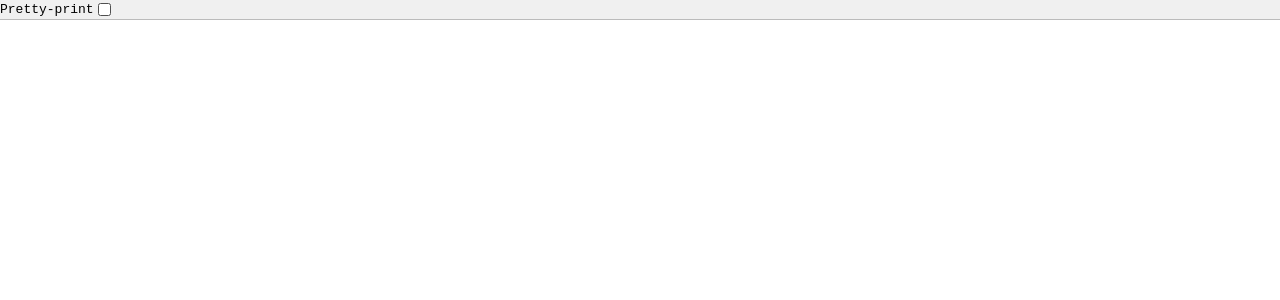
Repository: mitantsoa1/CRUD-note
Page: http://localhost/Controls/ajax.php
The author's editor kept a copy of each file at every save. The page is drawn from the files as they stood at one save, then again after the next save.
The browser window is 1280 px wide. The pictures show the whole page.
The page is run by PHP 8.4 with error messages shown; the project is at /var/www/html/.

Above is the page before, as saved 2021-02-12 14:19:10.

### Controls/ajax.php
<?php
    include("../Models/Database.class.php");
    header('Content-type: application/json');
    $db = new Database();

    if(isset($_POST['data'])){
        $tab = $db->select("etudiant")
                ->execute();
        echo json_encode($tab);
    }

    if(isset($_POST['nom'])){
        $nom = htmlspecialchars(trim($_POST['nom']));
        $prenom = htmlspecialchars(trim($_POST['prenom']));
        $dtn = htmlspecialchars(trim($_POST['date_naissance']));
        $sexe = $_POST['sexe'];

        $db->insert("etudiant")
            ->parametters(["nom","prenom","date_de_naissance","sexe"])
            ->execute([$nom,$prenom,$dtn,$sexe]);
        echo json_encode("ok");
    }

    if(isset($_POST['id_effacer'])){
        $db->delete("etudiant")
            ->where("id","=")
            ->execute([$_POST['id_effacer']]);
        echo json_encode("effacer");
    }

    if(isset($_POST['id_modifier'])){
        $tab=$db->select("etudiant")
            ->where("id","=")
            ->execute([$_POST['id_modifier']]);
        echo json_encode($tab);
    }
    if(isset($_POST['nom_modif'])){
        $nom = htmlspecialchars(trim($_POST['nom_modif']));
        $prenom = htmlspecialchars(trim($_POST['prenom']));
        $dtn = htmlspecialchars(trim($_POST['date_naissance']));
        $sexe = $_POST['sexe'];
        $id = htmlspecialchars(trim($_POST["id"]));

        $db->update("etudiant")
            ->parametters(["nom","prenom","date_de_naissance","sexe"])
            ->where("id","=")
            ->execute([$nom,$prenom,$dtn,$sexe,$id]);
        echo json_encode("ok");
    }

    if(isset($_POST['etudiant'])){
        $tab=$db->select("etudiant")
                ->where("id","=")
                ->execute([$_POST['etudiant']]);
        echo json_encode($tab);
    }

    if(isset($_POST["affiche_matiere"])){
        $tab=$db->select("matiere")
                ->execute(null);
        echo json_encode($tab);
    }

    if(isset($_POST["nom_matiere"])){
        $matiere = htmlspecialchars(trim($_POST["nom_matiere"]));
        $tab=$db->select("matiere")
                ->where("nom_matiere","=")
                ->execute([$matiere]);

                if(count($tab)>0){
                    echo json_encode("non");
                }else{
                    $db->insert("matiere")
                        ->parametters(["nom_matiere"])
                        ->execute([$matiere]);
                        //APINA ALTER TABLE
                    echo json_encode("ok");
                }
    }

    if(isset($_POST['id_mat_effacer'])){
        $db->delete("matiere")
            ->where("id_matiere","=")
            ->execute([$_POST['id_mat_effacer']]);
        echo json_encode("effacer");
    }

    if(isset($_POST['id_mat_modifier'])){
        $tab=$db->select("matiere")
            ->where("id_matiere","=")
            ->execute([$_POST['id_mat_modifier']]);
        echo json_encode($tab);
    }
    if(isset($_POST['nom_mat_modif'])){
        $matiere = htmlspecialchars(trim($_POST['nom_mat_modif']));
        $id = htmlspecialchars(trim($_POST["id"]));

        $db->update("matiere")
            ->parametters(["nom_matiere"])
            ->where("id_matiere","=")
            ->execute([$matiere,$id]);
        echo json_encode("ok");
    }

    if(isset($_POST['affiche_note'])){
        $tab = $db->select("matiere")
                    ->execute(null);

        echo json_encode($tab);

    }

    if(isset($_POST['id_etudiant'])){
        $tab = $db->select("note")
                    ->innerD("etudiant","id_etudiant","id")
                    ->et("note.id_etudiant","=")
                    ->execute([$_POST['id_etudiant']]);

                    echo json_encode($tab);
    }

    if(isset($_POST['tosend'])){
        $fr=htmlspecialchars(trim($_POST['français'])) ;
        $en =htmlspecialchars(trim($_POST['english']));
        $maths =htmlspecialchars(trim( $_POST['mathematiques'])) ;
        $mal =htmlspecialchars(trim($_POST['Malagasy'])) ;

        $db->insert("note")
           ->parametters(["id_etudiant","francais","english","mathematiques","Malagasy"])
           ->execute([6,$fr,$en,$maths,$mal]);
    }

    if(isset($_POST['id_et'])){
        $fr=htmlspecialchars(trim($_POST['fr'])) ;
        $ang =htmlspecialchars(trim($_POST['ang']));
        $maths =htmlspecialchars(trim( $_POST['maths'])) ;
        $mal =htmlspecialchars(trim($_POST['mal'])) ;
        $id_et = $_POST['id_et'];

        $tab =$db->select("note")
                ->where("id","=")
                    ->execute([$id_et]);
            if(count($tab)>0){
                echo json_encode("erreur");
            }else{
                $db->insert("note")
                    ->parametters(["id","francais","anglais","mathematiques","Malagasy"])
                    ->execute([$id_et,$fr,$ang,$maths,$mal]);
                    echo json_encode("ok");
            }

    }

    if(isset($_POST['AllNote2'])){
        $table = $db->select("etudiant")
                    ->inner("note","id")
                    ->execute(null);
        echo json_encode($table);
    }

?>

### Models/Database.class.php
<?php
class Database{
	private $query,$nombreParam, $lastTable;
	private static $conn,$host,$base,$user,$pass,$port ;
		// bd = new PDO("mysql:host=localhost;dbname=nom","user","pass")
		// initialisation
	public static function init($hote,$base,$port,$user,$pass) {
		self::$host=htmlspecialchars(trim($hote)) ;
		self::$base=htmlspecialchars(trim($base)) ;
		self::$user=htmlspecialchars(trim($user)) ;
		self::$pass=htmlspecialchars(trim($pass)) ;

	}
	public static function db() {
		$options = array(PDO::MYSQL_ATTR_INIT_COMMAND => 'SET NAMES utf8',
);


		$url ="mysql:host=".self::$host.";port=".self::$port.";dbname=".self::$base;
		if(!isset(self::$conn)) {
			self::$conn = new PDO($url,self::$user,self::$pass,$options);
		}
		return self::$conn ;

	}
		// execution du requete
	public function execute($value=null) {

			// tester s'il y des trous dans les requetes
			// si c'est une requete de selection
		if (strpos($this->query,"SELECT")>-1) {

			if (strpos($this->query,"?")>-1 ){
				$req = self::db()->prepare($this->query) ;
				$req->execute($value) ;
			}
			else {
				$req = self::db()->query($this->query) ;
			}


			return $req->fetchAll(PDO::FETCH_OBJ);
		}
		else {
			if (strpos($this->query,"?")>-1 ){
				$req = self::db()->prepare($this->query) ;
				$req->execute($value) ;

			}
			else {
				self::db()->query($this->query) ;
			}


			return 0 ;
		}



	}
	public function getQuery() {
		echo $this->query ;
	}
	public function select($table){
		$table=htmlspecialchars(trim($table)) ;
		$this->query = "SELECT * FROM ".$table ;
		$this->lastTable =$table ;
		return $this ;
	}
	public function where($id,$operateur){
		$this->query .= " WHERE ".$id."".$operateur."?";

		return $this ;
	}
	public function et($id,$operateur) {
		$this->query .= " AND ".$id."".$operateur."?";

		return $this ;
	}
	public function ou($id,$operateur) {
		$this->query .= " OR ".$id."".$operateur."?";

		return $this ;
	}
		// insertion
	public function insert($table) {
		$this->query="INSERT INTO ".$table ;
		return $this ;
	}
	// mise à jours
	public function update($table) {
		$this->query="UPDATE ".$table ;
		return $this ;
	}
	public function parametters($fields) {
		if (strpos($this->query,"INSERT")>-1){
			// insertion
			$listeFields="(" ;
			$valeur="VALUES (" ;
			for ($i=0; $i <count($fields) ; $i++) {
				$listeFields.=$fields[$i]."," ;
				$valeur.="?," ;
			}

			$listeFields=trim($listeFields,",").")" ;

			$valeur=trim($valeur,",").")" ;
			$this->query.=" ".$listeFields ;
			$this->query.=" ".$valeur ;
		}
		else if (strpos($this->query,"UPDATE")>-1){
			$listeFields="SET " ;
			for ($i=0; $i <count($fields); $i++) {
				$listeFields.=$fields[$i]."=?," ;
			}
			$listeFields=trim($listeFields,",") ;
			$this->query.=" ".$listeFields ;
		}

		return $this ;
	}

		// suppréssion
	public function delete($table) {
		$table=htmlspecialchars(trim($table)) ;
		$this->query=" DELETE FROM ".$table;
		return $this ;
	}
	public function order($param) {
		$this->query.=" ORDER BY " ;
		$listeOrder="" ;
		foreach ($param as $key => $value) {
			$listeOrder.=$key. " ".$value."," ;
		}
		$listeOrder=trim($listeOrder,",") ;
		$this->query.=$listeOrder ;
		return $this ;
	}
	public function inner($table2,$id1) {
		$table2=htmlspecialchars(trim($table2)) ;
		$id1= htmlspecialchars(trim($id1)) ;

		$this->query.=" INNER JOIN ".$table2." ON ".$this->lastTable.".".$id1."=".$table2.".".$id1 ;
		$this->lastTable=$table2;
		return $this;
	}
	// inner join id différent
	public function innerD($table2,$id1,$id2) {
		$table2=htmlspecialchars(trim($table2)) ;
		$id1= htmlspecialchars(trim($id1)) ;

		$this->query.=" INNER JOIN ".$table2." ON ".$this->lastTable.".".$id1."=".$table2.".".$id2 ;
		$this->lastTable=$table2;
		return $this;
	}
	public function sum($table,$fields) {
		$fields = htmlspecialchars(trim($fields)) ;
		$table = htmlspecialchars(trim($table)) ;
		$this->query="SELECT SUM(".$fields.") AS somme FROM ".$table ;
		return $this ;
	}
	// selection avec paramètre
	public function selectParam($table,$listeFields) {
		$reqBase ="SELECT " ;
		for ($i=0; $i <count($listeFields) ; $i++) {
			$reqBase.=$listeFields[$i]."," ;
		}
		$this->query = trim($reqBase,",")." FROM ".$table;
		return $this ;


	}
	public function customSelect($requete) {
		$req = self::db()->query($requete) ;

		return $req->fetchAll(PDO::FETCH_OBJ);
	}

}
	Database::init("localhost","scolarite","3306","root","");

	//ALTER TABLE `note` ADD `francais` IF NOT EXISTS DOUBLE NOT NULL DEFAULT '0.0'
// $db = new Database();
// //  $tab = $db->select("note")
                //  $db->select("note")
                //     ->inner("etudiant","id")
				// 	->getQuery();
?>

After the next save:
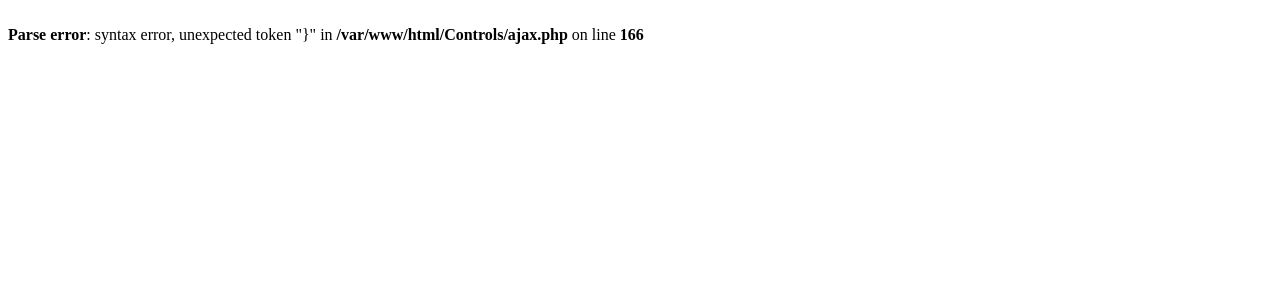
Saved 108 s later.
--- a/Controls/ajax.php
+++ b/Controls/ajax.php
@@ -158,4 +158,11 @@
         echo json_encode($table);
     }
 
+    if(isset($_POST['id_effacer_note'])){
+        $db = $db->delete("note")
+                ->where("id_note","")
+                ->execute([$_POST['id_effacer_note']])
+
+    }
+
 ?>

After the save that followed:
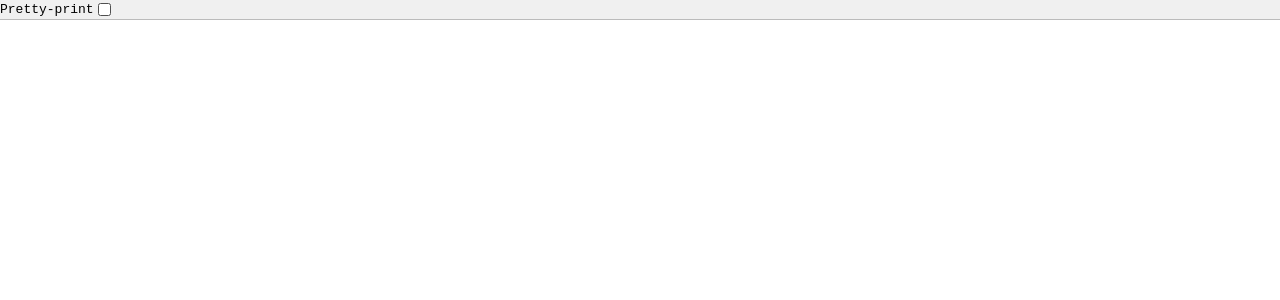
Saved 21 s later.
--- a/Controls/ajax.php
+++ b/Controls/ajax.php
@@ -161,7 +161,8 @@
     if(isset($_POST['id_effacer_note'])){
         $db = $db->delete("note")
                 ->where("id_note","")
-                ->execute([$_POST['id_effacer_note']])
+                ->execute([$_POST['id_effacer_note']]);
+            echo json_encode("delete");
 
     }
 
